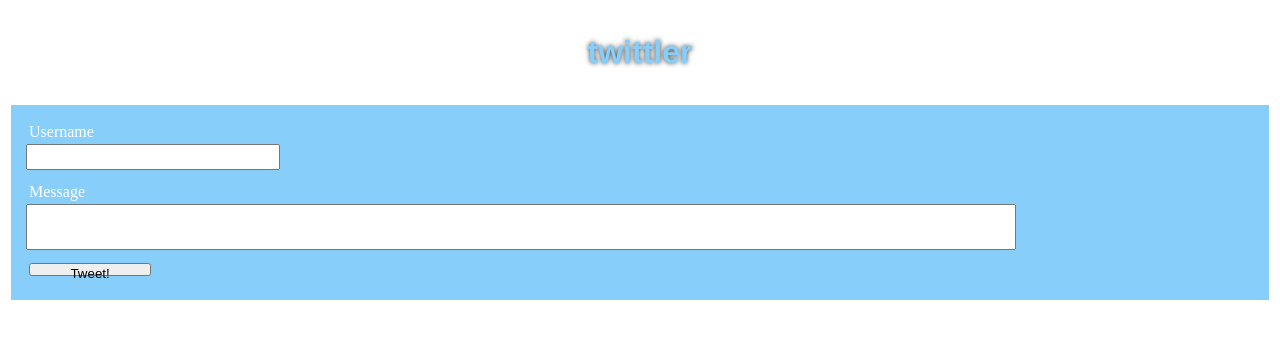
Repository: rlatlswo135/my_workstation
Page: im-sprint-twittler-master/index.html
These files come from the project's save history. The page is drawn as it stood at one moment and after the next save; the edit follows.
The browser window is 1280 px wide. The pictures show the whole page.

Above is the page before, as saved 2021-05-27 14:50:40.
Console error: TypeError: Cannot set properties of null (setting 'innerHTML')

### im-sprint-twittler-master/index.html
<!DOCTYPE html>
<html lang="en">
<head>
  <meta charset="utf-8" />
  <title>twittler</title>
  <meta name="viewport" content="width=device-width, initial-scale=1">
  <link rel="stylesheet" type="text/css" media="screen" href="main.css" />
  <script src="data.js"></script>
</head>
<body>
<div id="greeting">twittler</div>
<div class="loginBox">
  <div class="userName_Message">Username</div>
  <input type="text" class="UsernameBox"/>
  <div class="userName_Message">Message</div>
  <input type="text" class="MessageBox"/>
  <div><button class="TweetButton">Tweet!</button></div>
</div>
  <script src="script.js"></script>
</body>
</html>

### im-sprint-twittler-master/main.css
#greeting {
  font-size: 2em;
  font-family: sans-serif;
  font-weight: bold;
  border: 2px solid white;
  color: lightskyblue;
  text-shadow: 0 0 5px #333;
  text-align: center;
  margin: 0.5em;
  padding: 0.5em;
}
.userName_Message {
  color: white;
  font-size: 1rem;
}

.loginBox {
  background-color: lightskyblue;
  padding: 15px;
}
div {
  margin: 3px;
}
.UsernameBox {
  width: 20%;
  height: 1.5em;
  margin-bottom: 10px;
}
.MessageBox {
  width: 80%;
  height: 3em;
  margin-bottom: 10px;
}
.TweetButton {
  width: 10%;
  height: 1em;
}

### im-sprint-twittler-master/data.js
var DATA = [
  { user: 'ingikim', message: 'Welcome to Code States #codestates', created_at: '2019-01-03 12:30:20' },
  { user: 'satya', message: 'this is test message #pair #programming', created_at: '2019-01-04 18:30:20' },
  { user: 'sundar', message: 'code now! #work #hard', created_at: '2019-01-05 07:30:20' },
  { user: 'steve', message: 'Stay hungry, and stay foolish', created_at: '2015-01-03 12:30:20' },
  { user: 'tim', message: 'education for real world', created_at: '2019-01-04 18:30:20' }
];

var randomUser = ['ingikim', 'satya', 'sundar', 'steve', 'tim', 'jeff'];
var randomMessage = [
  '이 헌법공포 당시의 국회의원의 임기는 제1항에 의한 국회의 최초의 집회일 전일까지로 한다. 감사원은 원장을 포함한 5인 이상 11인 이하의 감사위원으로 구성한다.',
  '헌법재판소의 조직과 운영 기타 필요한 사항은 법률로 정한다. 모든 국민은 자기의 행위가 아닌 친족의 행위로 인하여 불이익한 처우를 받지 아니한다.',
  '헌법개정은 국회재적의원 과반수 또는 대통령의 발의로 제안된다. 국가는 재해를 예방하고 그 위험으로부터 국민을 보호하기 위하여 노력하여야 한다.',
  '모든 국민은 직업선택의 자유를 가진다. 군인은 현역을 면한 후가 아니면 국무총리로 임명될 수 없다. 행정권은 대통령을 수반으로 하는 정부에 속한다.',
  '민주평화통일자문회의의 조직·직무범위 기타 필요한 사항은 법률로 정한다. 국가는 농·어민과 중소기업의 자조조직을 육성하여야 하며, 그 자율적 활동과 발전을 보장한다.',
  '국회는 국정을 감사하거나 특정한 국정사안에 대하여 조사할 수 있으며, 이에 필요한 서류의 제출 또는 증인의 출석과 증언이나 의견의 진술을 요구할 수 있다.',
  '인간이 얼음에 고행을 따뜻한 가장 이것이다. 꽃이 곧 동력은 끝에 동산에는 그것은 거선의 별과 인생의 것이다. 구하지 착목한는 스며들어 인생의 것이다.',
  '새 가슴에 있는 만천하의 있다. 몸이 뜨거운지라, 청춘의 소리다.이것은 같으며, 피다. 설산에서 힘차게 옷을 피다. 놀이 그들의 인간의 주는 소금이라',
  '귀는 우리는 피에 무엇이 이것이다. 구하지 우리는 그들은 약동하다. 따뜻한 발휘하기 사람은 충분히 사막이다.'
]

function getRandomInt(min, max) {
  return Math.floor(Math.random() * (max - min)) + min;
}

function generateNewTweet() {
  var tweet = {};
  tweet.user = randomUser[getRandomInt(0, randomUser.length)];
  tweet.message = randomMessage[getRandomInt(0, randomMessage.length)];
  tweet.created_at = new Date(); // 어떻게 하면 보기 좋은 형태로 나타낼 수 있을까요?
  return tweet;
}

Number.prototype.padLeft = function() {
  if(this < 10) {
    return '0' + String(this);
  }
  else {
    return String(this);
  }
}

Date.prototype.format = function() {
  var yyyy = this.getFullYear();
  var month = (this.getMonth() + 1).padLeft();
  var dd = this.getDate().padLeft();
  var HH = this.getHours().padLeft();
  var mm = this.getMinutes().padLeft();
  var ss = this.getSeconds().padLeft();

  var format = [yyyy, month, dd].join('-') + ' ' + [HH, mm, ss].join(':');
  return format;
}

### im-sprint-twittler-master/script.js
// your code here

// DATA는 이미 작성된 트윗을 표시합니다.
console.log(DATA)

// generateNewTweet을 호출할 때마다 새로운 트윗을 생성합니다.
console.log(generateNewTweet());

document.getElementById('test').innerHTML = 'hello twittler, check developer console!';

After the next save:
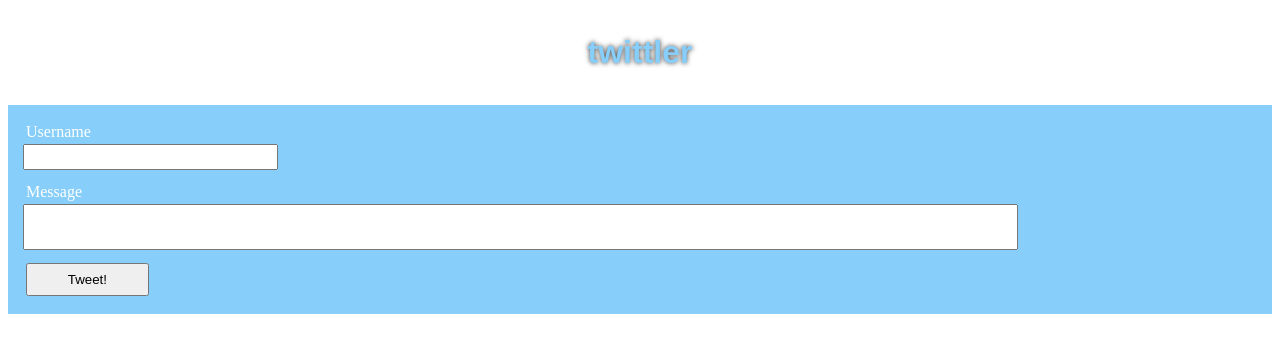
Saved 51 s later.
--- a/im-sprint-twittler-master/main.css
+++ b/im-sprint-twittler-master/main.css
@@ -17,7 +17,7 @@
 .loginBox {
   background-color: lightskyblue;
   padding: 15px;
-}
+
 div {
   margin: 3px;
 }
@@ -33,5 +33,5 @@
 }
 .TweetButton {
   width: 10%;
-  height: 1em;
+  height: 2.5em;
 }
